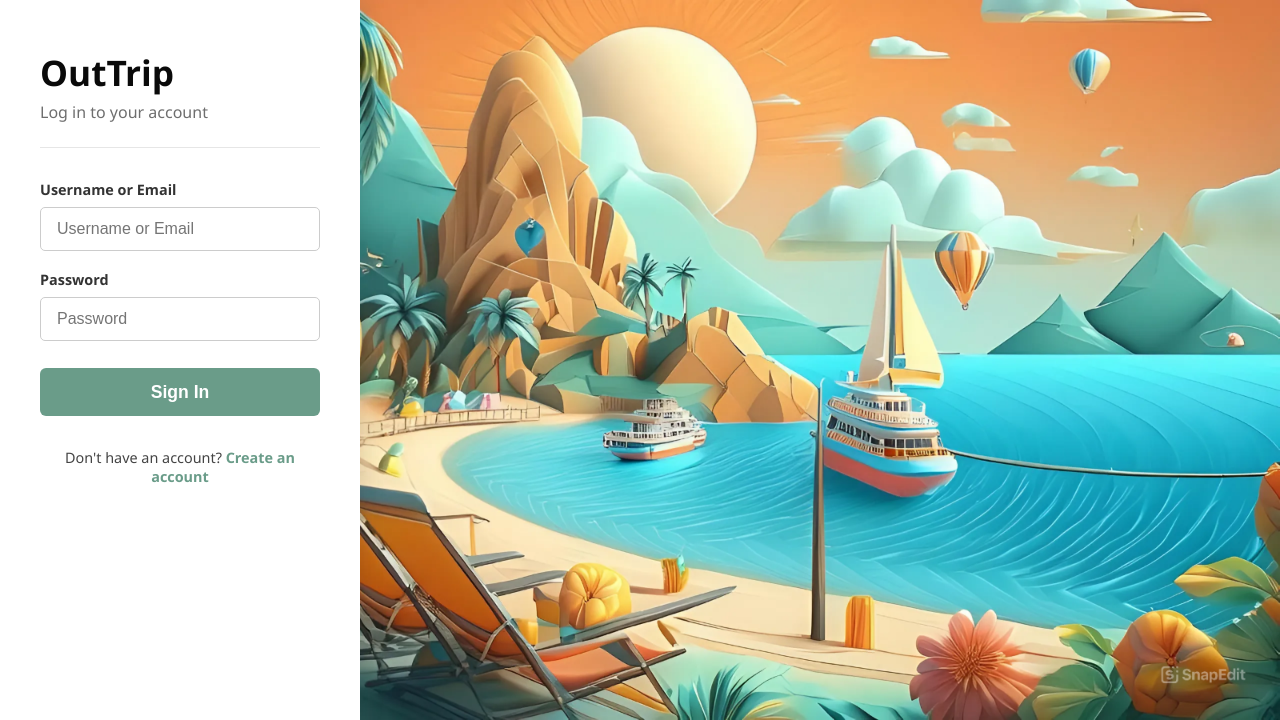
Repository: Nuttawut-Amattong/outtrip
Page: / (app in OutTrip/)
These files come from the project's save history. The page is drawn as it stood at one moment and after the next save; the edit follows.
The browser window is 1280 px wide. The pictures show the whole page.
The project was rebuilt for these pictures with package versions that can differ from the ones it lists, and the page was loaded fresh each time. Also part of the build but not shown: OutTrip/vite.config.js, OutTrip/src/component/Register.jsx, OutTrip/src/component/Forgetpass.jsx.

Above is the page before, as saved 2025-05-19 02:20:25.

After the next save:
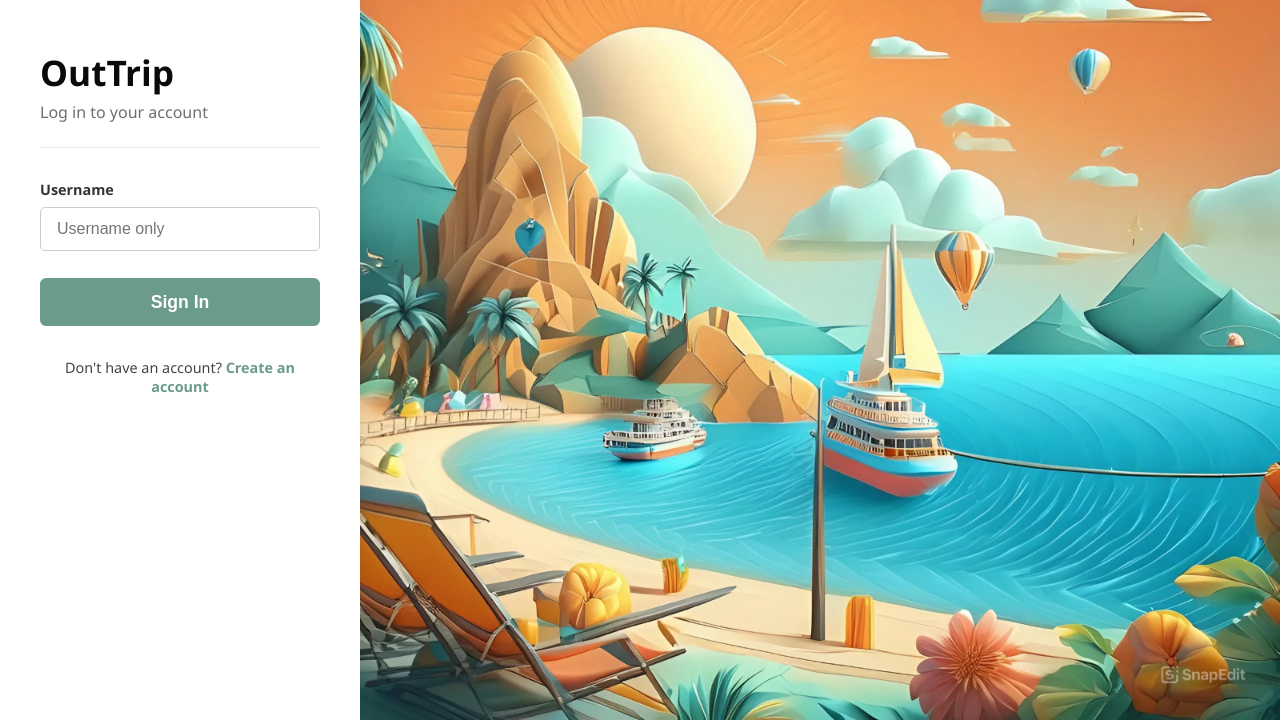
Saved 110 s later.
--- a/OutTrip/src/component/Login.jsx
+++ b/OutTrip/src/component/Login.jsx
@@ -4,10 +4,35 @@ import styles from "./login.module.css";
 function Login() {
   const [user, setUser] = useState("");
   const [password, setPassword] = useState("");
-  const [showForgot, setShowForgot] = useState(false); // เริ่ม false
+  const [showForgot, setShowForgot] = useState(false);
+  const [error, setError] = useState("");
+
+  // ฟังก์ชันเช็คว่า input เป็น username (ไม่ใช่อีเมล)
+  const isValidUsername = (value) => {
+    // pattern รับ a-z, 0-9, _ , . และความยาว 3-30 ตัวอย่าง
+    const usernameRegex = /^[a-zA-Z0-9_.]{3,30}$/;
+    return usernameRegex.test(value);
+  };
+
+  const handleUserChange = (e) => {
+    const val = e.target.value;
+    setUser(val);
+
+    if (val.includes("@")) {
+      setError("Please enter username only, not email.");
+    } else if (!isValidUsername(val)) {
+      setError("Username can only include letters, numbers, _ and . (3-30 chars)");
+    } else {
+      setError("");
+    }
+  };
 
   const handleSubmit = (e) => {
     e.preventDefault();
+    if (!isValidUsername(user)) {
+      setError("Please enter a valid username before submitting.");
+      return;
+    }
     console.log("User:", user);
     console.log("Password:", password);
   };
@@ -20,34 +45,38 @@ function Login() {
       </header>
 
       <form className={styles.loginForm} onSubmit={handleSubmit}>
-        <label htmlFor="user" className={styles.label}>Username or Email</label>
+        <label htmlFor="user" className={styles.label}>Username</label>
         <input
           type="text"
           id="user"
           value={user}
-          onChange={(e) => setUser(e.target.value)}
-          placeholder="Username or Email"
+          onChange={handleUserChange}
+          placeholder="Username only"
           required
           className={styles.input}
         />
+        {error && <div style={{color:"red", fontSize:"0.85rem", marginBottom:"1rem"}}>{error}</div>}
 
-        <label htmlFor="password" className={styles.label}>Password</label>
-        <input
-          type="password"
-          id="password"
-          value={password}
-          onChange={(e) => setPassword(e.target.value)}
-          placeholder="Password"
-          required
-          className={styles.input}
-          onFocus={() => setShowForgot(true)}  // เมื่อกดให้โชว์ลิงก์ตลอด
-          // ลบ onBlur ออก ไม่ต้องปิดลิงก์
-        />
+        {user.trim() !== "" && error === "" && (
+          <>
+            <label htmlFor="password" className={styles.label}>Password</label>
+            <input
+              type="password"
+              id="password"
+              value={password}
+              onChange={(e) => setPassword(e.target.value)}
+              placeholder="Password"
+              required
+              className={styles.input}
+              onFocus={() => setShowForgot(true)}
+            />
 
-        {showForgot && (
-          <div className={styles.forgotPasswordLink}>
-            <a href="/forgot-password">Forgot password?</a>
-          </div>
+            {showForgot && (
+              <div className={styles.forgotPasswordLink}>
+                <a href="/forgot-password">Forgot password?</a>
+              </div>
+            )}
+          </>
         )}
 
         <button type="submit" className={styles.button}>Sign In</button>
